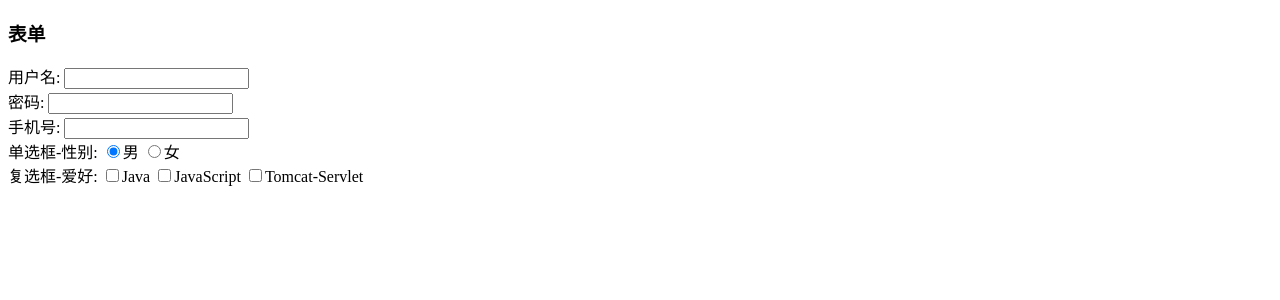
Repository: qyl1006/JavaApps
Page: workspace/web-03-4-tomcat-http/webapp/index.html
These files come from the project's save history. The page is drawn as it stood at one moment and after the next save; the edit follows.
The browser window is 1280 px wide. The pictures show the whole page.

Above is the page before, as saved 2018-03-02 07:21:42.

### workspace/web-03-4-tomcat-http/webapp/index.html
<!DOCTYPE html PUBLIC "-//W3C//DTD HTML 4.01 Transitional//EN" "http://www.w3.org/TR/html4/loose.dtd">
<html>
<head>
<meta http-equiv="Content-Type" content="text/html; charset=UTF-8">
<title>Insert title here</title>
</head>
<body>
	<h3>表单</h3>
	<form action="#" method="get">
		用户名: <input type="text" name="username"/><br>
		密码: <input type="password" name="pwd"/><br>
		手机号: <input type="number" name="phoneNumber"><br>

		单选框-性别: <input type="radio" name="gender" value="男" checked/>男
					<input type="radio" name="gender"/>女<br>

		复选框-爱好: <input type="checkbox" name="hobby" />Java
					<input type="checkbox" name="hobby"/>JavaScript
					<input type="checkbox" name="hobby"/>Tomcat-Servlet<br>

	</form>
</body>
</html>

After the next save:
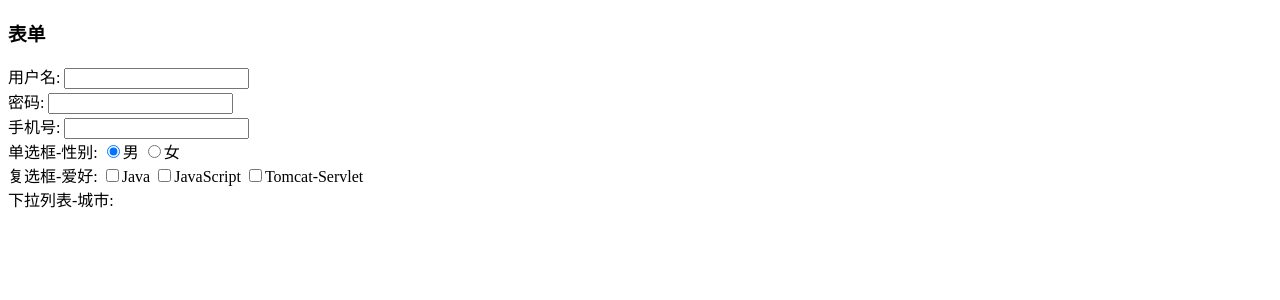
Saved 12 s later.
--- a/workspace/web-03-4-tomcat-http/webapp/index.html
+++ b/workspace/web-03-4-tomcat-http/webapp/index.html
@@ -17,7 +17,7 @@
 		复选框-爱好: <input type="checkbox" name="hobby" />Java
 					<input type="checkbox" name="hobby"/>JavaScript
 					<input type="checkbox" name="hobby"/>Tomcat-Servlet<br>
-
+		下拉列表-城市:
 	</form>
 </body>
 </html>
